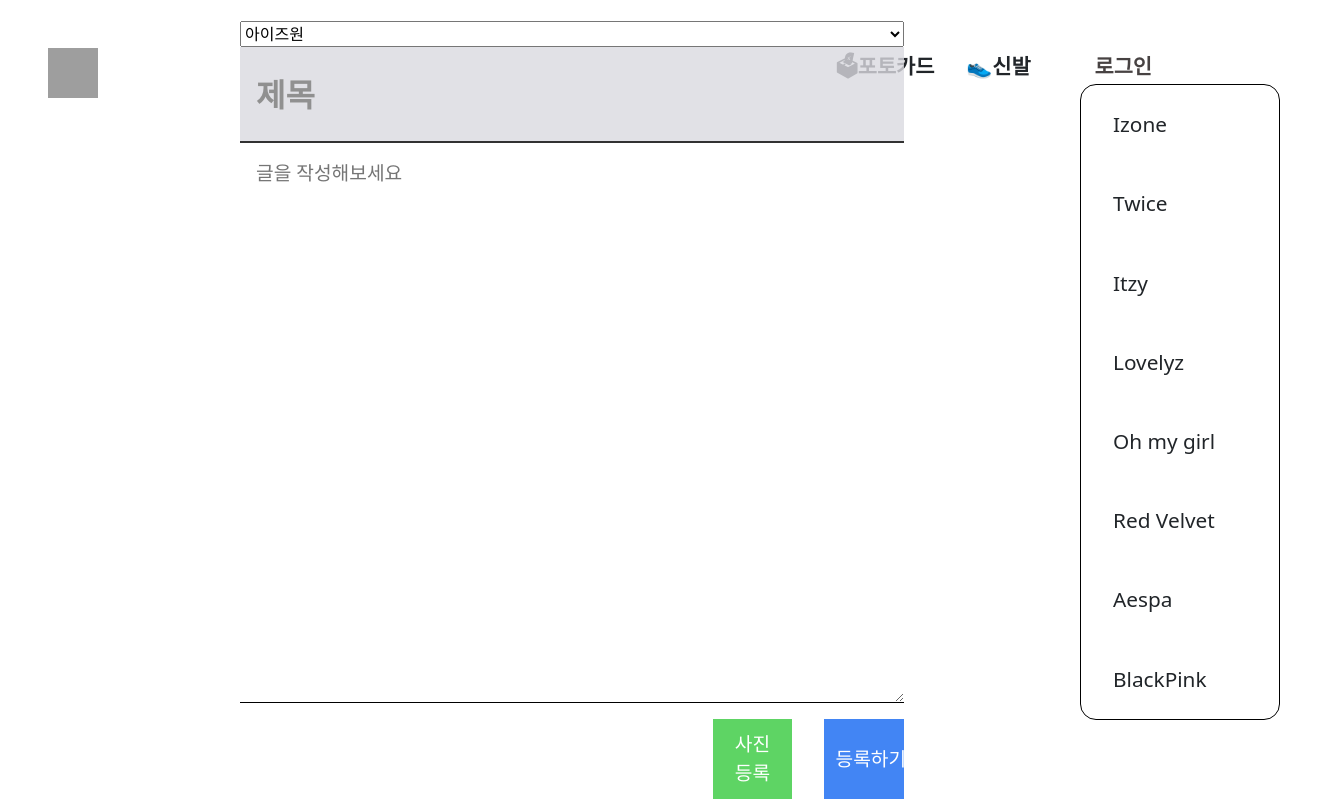
Repository: hwangstar156/goods-trader
Page: /write
The author's editor kept a copy of each file at every save. The page is drawn from the files as they stood at one save, then again after the next save.
The browser window is 1280 px wide. The page is 1328 px wide, so the pictures cover 1328 px, including what lies to the right of the window. The pictures show the whole page.
Pictures or frames that could not be fetched are drawn as grey boxes. Some web libraries are served in a nearby version. The project was rebuilt for these pictures with package versions that can differ from the ones it lists, and the page was loaded fresh each time. Also part of the build but not shown: src/App.css, src/component/sign-up/sign-up.component.jsx, src/component/sign-in/sign-in.styles.scss, src/component/sign-in/sign-in.component.jsx, src/component/with-spinner/withSpinner.styles.scss, src/component/with-spinner/withSpinner.component.jsx, src/pages/userprofile/userprofile.styles.scss, src/pages/userprofile/userprofile.utils.js and 7 more.

Above is the page before, as saved 2021-09-05 17:55:29.

After the next save:
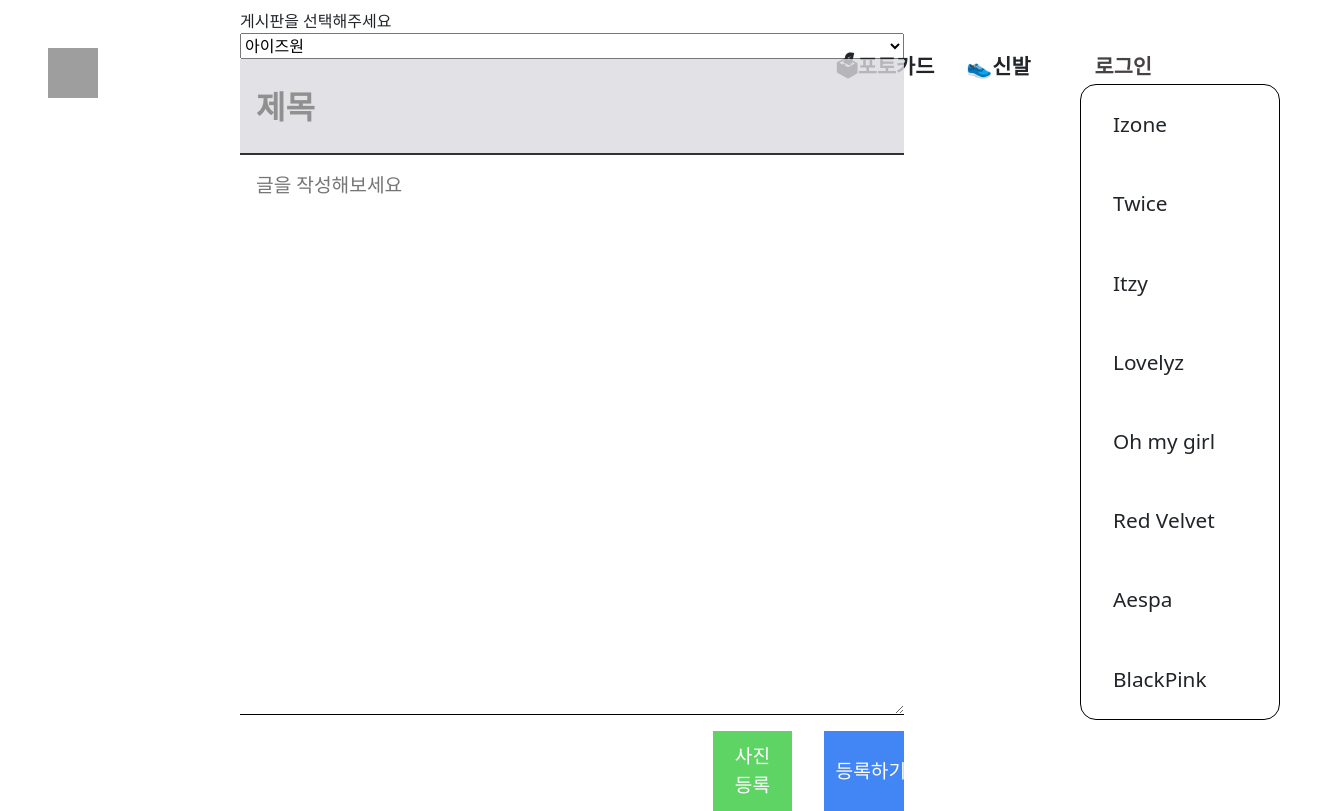
Saved 23 s later.
--- a/src/pages/write/write.pages.jsx
+++ b/src/pages/write/write.pages.jsx
@@ -71,6 +71,7 @@
   return (
     <div className="write-container">
       <form onSubmit={onSubmit} className="inputs-form">
+        <label htmlFor="">게시판을 선택해주세요</label>
         <select
           name="idol"
           id="select-collection"
